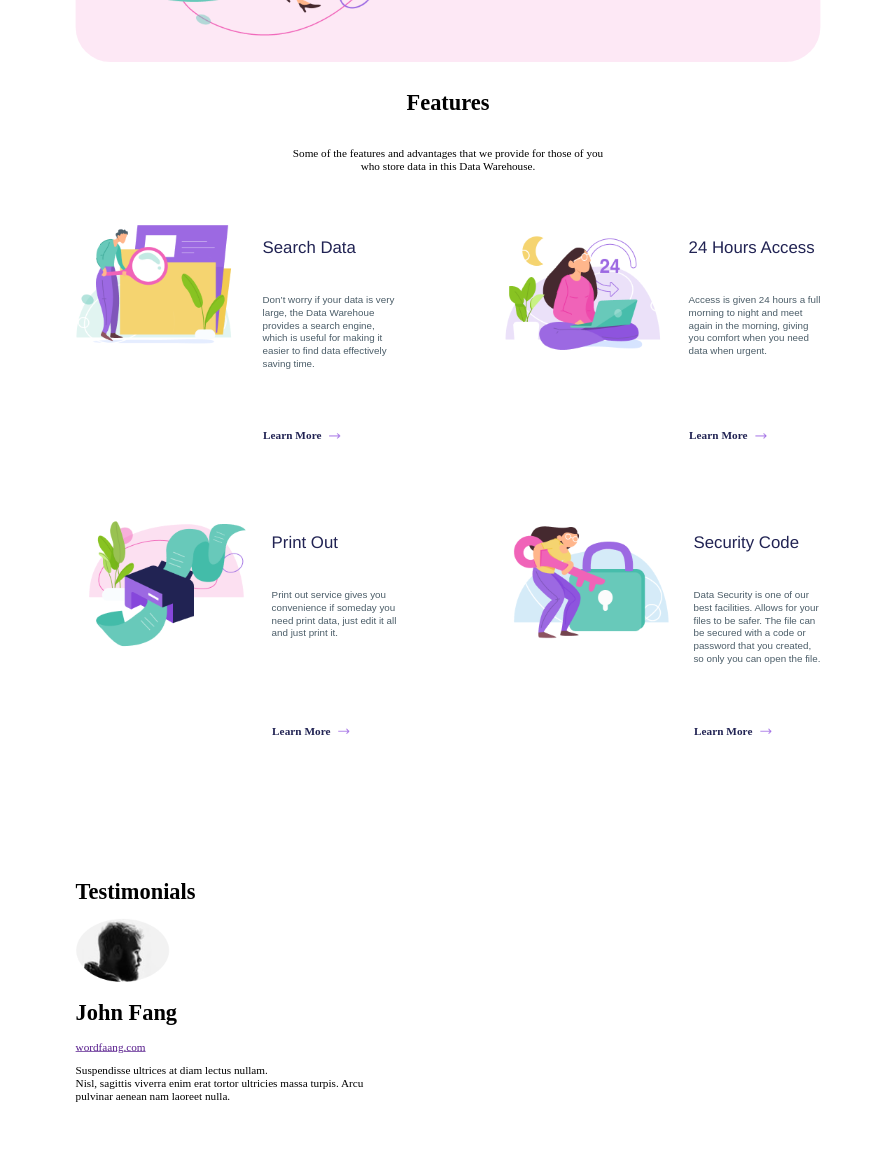
Repository: batonAnton/HW6_flexbox
Page: index.html
The author's editor kept a copy of each file at every save. The page is drawn from the files as they stood at one save, then again after the next save.
The browser window is 1280 px wide. The pictures show the part of the page from y = 1244 to 3164 px (the page is 2889 px tall before and 3164 px after), at 70% of full size.
Some web fonts or font styles are not loaded; a fallback is used.

Above is the page before, as saved 2022-06-18 13:25:38.

### index.html
<!DOCTYPE html>
<html lang="en">
<head>
    <meta charset="UTF-8">
    <meta http-equiv="X-UA-Compatible" content="IE=edge">
    <meta name="viewport" content="width=device-width, initial-scale=1.0">
    <link href="http://fonts.cdnfonts.com/css/helvetica-neue-9" rel="stylesheet">
    <link rel="stylesheet" href="./fonts/Helvetica-Bold.ttf">
    <link rel="stylesheet" href="./fonts/AvenirLTStd-Black.otf">
    <link rel="stylesheet" href="./css/style.css">
    <title>FlexBox</title>
</head>
<body>
    <header>
        <div class="logo">
            <img src="./images/logo.png" alt="logo">
        </div>

        <nav>
            <ul>
                <li>
                    <a href="#">about</a>
                </li>
                <li>
                    <a href="#">help</a>
                </li>
                <li>
                    <a href="#">features</a>
                </li>
                <li>
                    <a href="#">signup</a>
                </li>
            </ul>
        </nav>

        <div class="header-btn">
            <div>
                <button>request demo</button>
            </div>
            <div class="btn-img">
                <img src="./images/right-arrow.png" alt="arrow-right" >
            </div>
        </div>
    </header>

    <div class="section allstyles">
        <div class="info">
            <h1>Save your data <br> storage here.</h1>
            <p>Data Warehouse is a data storage area that <br>has been
                tested for security, so you can store <br> your data here
                safely but not be afraid of <br> being stolen by others.</p>
            <button>Learn more</button>
        </div>

        <div class="section-img">
            <img src="./images/headerImg.png" alt="">
        </div>
    </div>

    <div class="section2 allstyles">
        <div class="sectin2-img">
            <img src="./images/assideimg.png" alt="assideimg">
        </div>

        <div class="section2-info">
            <h1>We are a high-level data <br> storage bank</h1>
            <p>
                The place to store various data that you can access at any <br> time through the internet  and where you can carry it. <br>
                This very flexible storage area has a high level of security. <br> To enter into your own data you must enter the password <br> that you created when you registered in this Data <br> Warehouse.
            </p>
        </div>
    </div>

    <div class="section3 allstyles">
        <h1 class="section3-header"> Features</h1>
        <p class="section3-header">Some of the features and advantages that we provide for those of you <br> who store data in this Data Warehouse.</p>

        <div class="row1">
            <div class="block">
                <img src="./images/section3/image1 1.png" alt="img">
                <div class="info">
                    <h1>Search Data</h1>
                <p>
                    Don’t worry if your data is very <br> large, the Data Warehoue <br> provides a search engine, <br> which is useful for making it <br> easier to find data effectively <br> saving time.
                </p>

                <div class="header-btn section3-btn">
                    <div>
                        <button>Learn more</button>
                    </div>
                    <div class="btn-img">
                        <img src="./images/right-arrow.png" alt="arrow-right" >
                    </div>
                </div>
                </div>

            </div>


            <div class="block">
                <img src="./images/section3/image2.png" alt="img">
                <div class="info">
                    <h1>24 Hours Access</h1>
                <p>
                    Access is given 24 hours a full <br> morning to night and
                    meet <br> again in the morning, giving <br> you comfort when
                    you need <br> data when urgent.
                </p>

                <div class="header-btn section3-btn">
                    <div>
                        <button>Learn more</button>
                    </div>
                    <div class="btn-img">
                        <img src="./images/right-arrow.png" alt="arrow-right" >
                    </div>
                </div>
                </div>

            </div>
        </div>

        <!-- row2 start -->

        <div class="row1 row2">
            <div class="block">
                <img src="./images/section3/image3 1.png" alt="img">
                <div class="info">
                    <h1>Print Out</h1>
                <p>
                    Print out service gives you <br> convenience if someday
                    you <br> need print data, just edit it all <br> and just print it.
                </p>

                <div class="header-btn section3-btn">
                    <div>
                        <button>Learn more</button>
                    </div>
                    <div class="btn-img">
                        <img src="./images/right-arrow.png" alt="arrow-right" >
                    </div>
                </div>
                </div>

            </div>


            <div class="block">
                <img src="./images/section3/image4 1.png" alt="img">
                <div class="info">
                    <h1>Security Code</h1>
                <p>
                    Data Security is one of our <br> best facilities. Allows for your <br> files
                    to be safer. The file can <br> be secured with a code or <br>
                    password that
                    you created, <br> so only you can open the file.
                </p>

                <div class="header-btn section3-btn">
                    <div>
                        <button>Learn more</button>
                    </div>
                    <div class="btn-img">
                        <img src="./images/right-arrow.png" alt="arrow-right" >
                    </div>
                </div>
                </div>

            </div>
        </div>
    </div>

    <div class="section4 allstyles">
        <h1>Testimonials</h1>

        <div class="block">
            <img src="./images/section3/section4.png" alt="img">
            <div class="info">
                <h1>John Fang </h1>
                <a href="">wordfaang.com</a>
                <p>
                    Suspendisse ultrices at diam lectus nullam. <br>
                    Nisl, sagittis viverra enim erat tortor ultricies massa turpis. Arcu <br> pulvinar aenean nam laoreet nulla.
                </p>
            </div>
        </div>
    </div>
</body>
</html>

### css/style.css
body {
  box-sizing: border-box;
  font-family: "Avenir";
}

.allstyles{
    margin: 70px 100px;
}

header {
  display: flex;
  margin: 30px 100px;
  justify-content: space-between;
  /* border: 1px solid gray; */
 font-family: Arial, Helvetica, sans-serif;
  font-size: 16px;
}


nav {
  margin-right: 40%;
}

nav ul {
  display: flex;
  list-style: none;
  color: #4b5d68;
}

nav ul li a {
  text-decoration: none;
  padding-left: 20px;
  text-transform: capitalize;
}

.header-btn {
  display: flex;
  justify-content: center;
}


.header-btn button {
  padding: 15px 30px 15px 15px;
  text-transform: capitalize;
  border: none;
  border-radius: 50px;
  background: #ffffff;
  box-shadow: 0px 5px 5px rgb(75 93 104 / 15%);
  width: 210px;
  color: #212353;
  font-size: 16px;
  font-weight: 800;
  line-height: 100%;
  letter-spacing: 0.005em;
}

.btn-img {
  margin-left: -35px;
  padding-left: -15px;
  align-self: center;
}

button img {
  padding-top: 5px;
  margin-left: 5px;
}

button:hover {
  border: 1px solid rgba(156, 105, 226, 1);
  text-decoration: underline;
}

.section {
  display: flex;
  position: relative;
  height: 600px;
  overflow: hidden;
}


.info {
  width: 50%;
}

.section h1 {
  font-style: normal;
  font-weight: 700;
  font-size: 4rem;
  line-height: 110%;
  font-family: "Helvetica Neue", sans-serif;
  color:#212353;
  font-weight: 700;
}



.section p {
  font-family: 'Avenir', Helvetica, sans-serif;
  font-style: normal;
  font-weight: 500;
  font-size: 16px;
  line-height: 28px;
  margin-top: 50px;
  margin-bottom: 50px;
}

.section-img {
  position: absolute;
  bottom: 1%;
  right: -13%;
}
.section-img img {
  width: 84%;
}

.info button{
    font-family: 'Avenir', Helvetica, sans-serif;
    font-style: normal;
    font-weight: 700;
    font-size: 18px;
    line-height: 160%;
    background-color: #9C69E2;
    border-radius: 50px;
    color: #ffffff;
    width: 170px;
    height: 60px;
    border: none;
    cursor: pointer;
}


.section2{
    display: flex;
    justify-content: space-between;
    background: rgba(240, 99, 184, 0.15);
    border-radius: 50px;
    font-family: 'Avenir', Helvetica, sans-serif;
}

.section2 h1{
    font-style: normal;
    font-weight: 700;
    font-size: 40px;
    line-height: 130%;
    color: #212353;
}

.section2 p{
    font-family: 'Avenir', Helvetica, sans-serif;
font-style: normal;
font-weight: 400;
font-size: 16px;
line-height: 160%;
}

.section2-info{
    padding:55px;
}


.section3-header{
    text-align: center;
    margin: -30px 0 75px 0;
}

.row1{
    display: flex;
    justify-content: space-between;
}

.row1 .block img{
    float: left;
}

.section3 .info{
  float: right;
  width: auto;
  margin-left: 35px;
}

.section3 .info h1{
  font-family: 'Helvetica';
font-style: normal;
font-weight: 400;
font-size: 24px;
line-height: 130%;
color: #212353;
}

.section3 .info p{
  font-family: 'Avenir',  sans-serif;
font-style: normal;
font-weight: 200;
font-size: 14px;
line-height: 130%;
color: #4B5D68;
margin-top: 50px;
/* margin-bottom: 50px; */
height: 160px;
}

.section3 .section3-btn button{
  padding:0;
  color: #212353;
  box-shadow: none;
  background-color: #ffffff;
  font-family: 'Avenir';
font-style: normal;
font-weight: 900;
font-size: 16px;
line-height: 160%;
letter-spacing: 0.005em;
width:85px;
}

.section3 .header-btn{
  display: flex;
  justify-content: flex-start;
}

.section3 .btn-img{
  margin-left: 10px;
}

.row2{
  margin: 90px 0  180px 0;
}

After the next save:
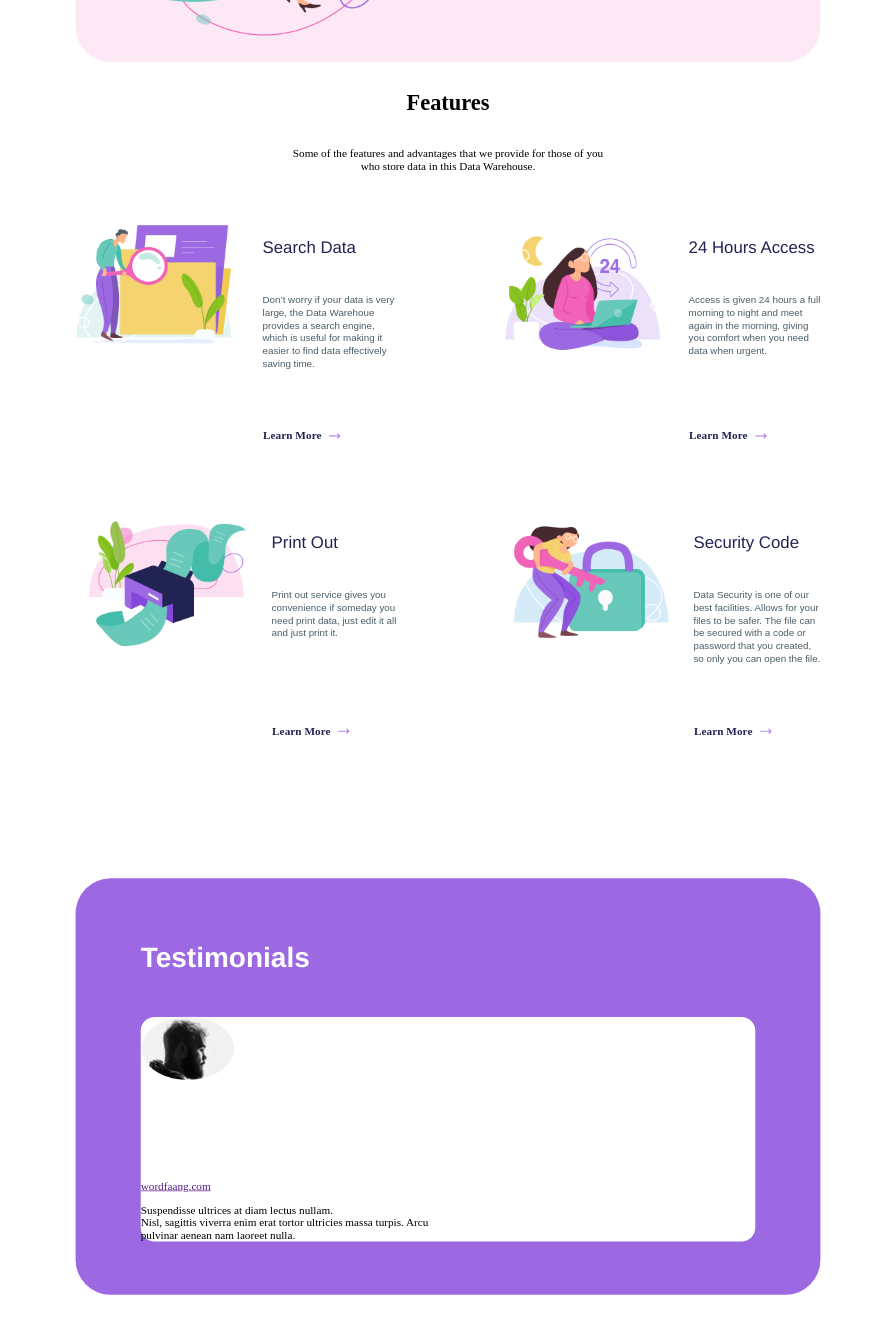
Saved 4 min 55 s later.
--- a/css/style.css
+++ b/css/style.css
@@ -225,3 +225,27 @@ width:85px;
 .row2{
   margin: 90px 0  180px 0;
 }
+
+.section4{
+  /* height: 709px; */
+  background-color: #9C69E2;
+  border-radius: 50px;
+  padding: 60px 93px;
+}
+
+.section4 h1{
+  font-family: 'Helvetica';
+  font-style: normal;
+  font-weight: 700;
+  font-size: 40px;
+  line-height: 130%;
+  color: #FFFFFF;
+  margin-bottom: 60px;
+}
+
+.section4 .block{
+  background-color: #FFFFFF;
+  box-shadow: 0px 20px 0px rgba(156, 105, 226, 0.3);
+  border-radius: 20px;
+  padding: ;
+}
